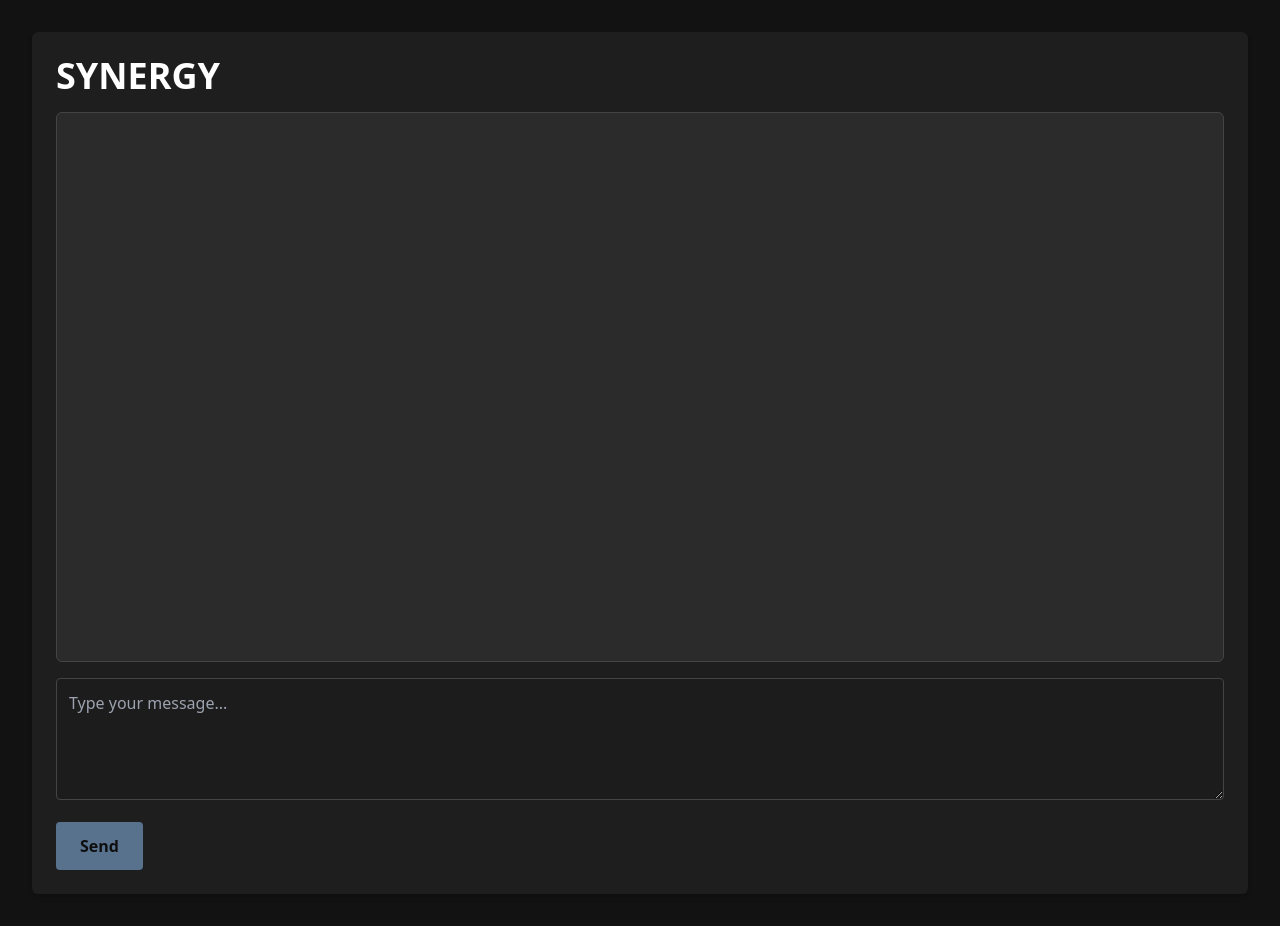
Repository: Theanh0410/Pre-thesis
Page: / (app in LLM/client/)
The author's editor kept a copy of each file at every save. The page is drawn from the files as they stood at one save, then again after the next save.
The browser window is 1280 px wide. The pictures show the whole page.
The project was rebuilt for these pictures with package versions that can differ from the ones it lists, and the page was loaded fresh each time. The framework's server and built-in components were replaced by stand-ins that run in the browser. Also part of the build but not shown: LLM/client/next.config.js, LLM/client/next.config.mjs.

Above is the page before, as saved 2025-04-16 18:04:43.

After the next save:
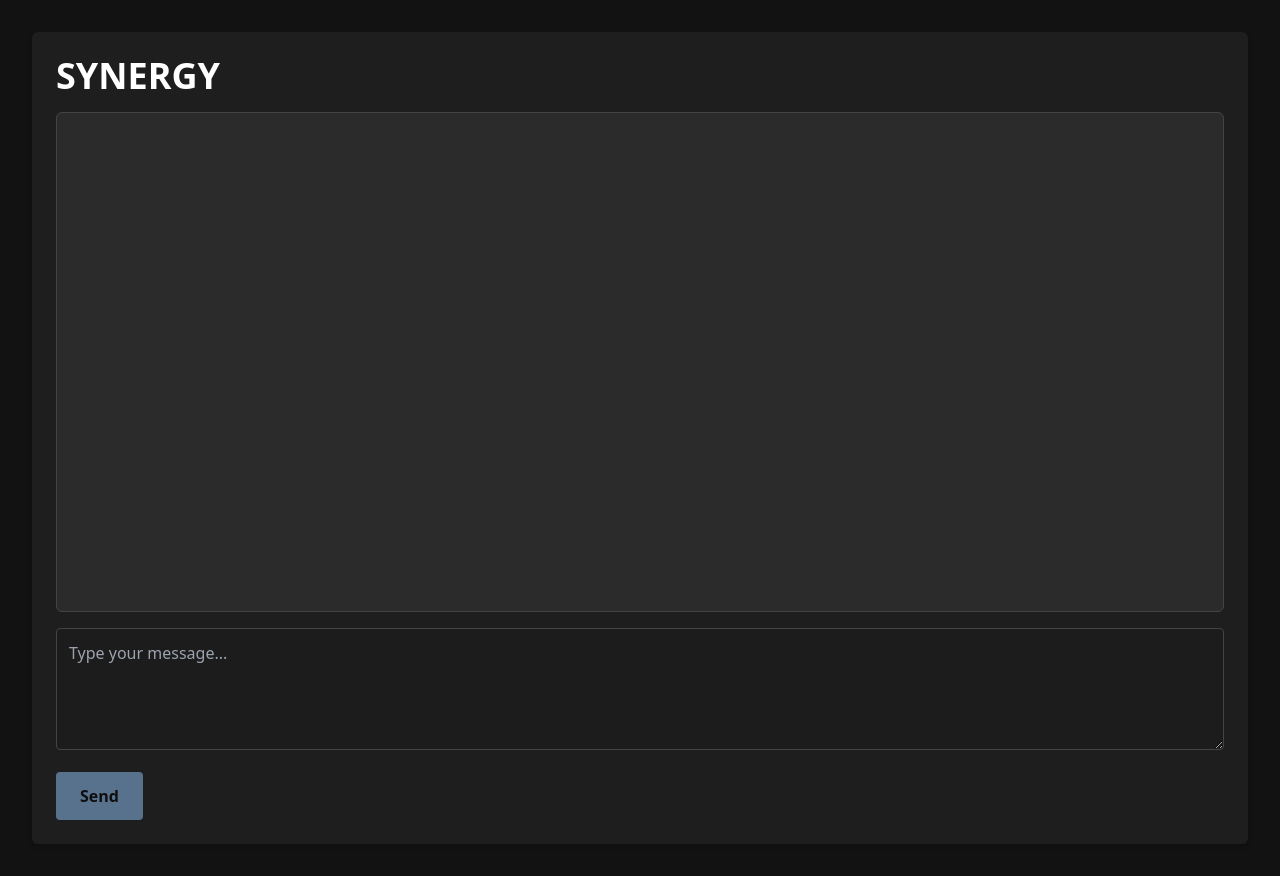
Saved 4 s later.
--- a/LLM/client/pages/index.js
+++ b/LLM/client/pages/index.js
@@ -55,7 +55,7 @@ export default function ChatApp() {
       <div className="max-w-[1300px] mx-auto bg-[#1e1e1e] p-6 rounded-md shadow-md">
         <h1 className="text-4xl text-white mb-4 font-semibold">SYNERGY</h1>
 
-        <div className="h-[550px] overflow-y-auto bg-[#2b2b2b] border border-[#444] rounded-md p-4 mb-4">
+        <div className="h-[500px] overflow-y-auto bg-[#2b2b2b] border border-[#444] rounded-md p-4 mb-4">
           {messages.map((msg, idx) => (
             <div
               key={idx}
